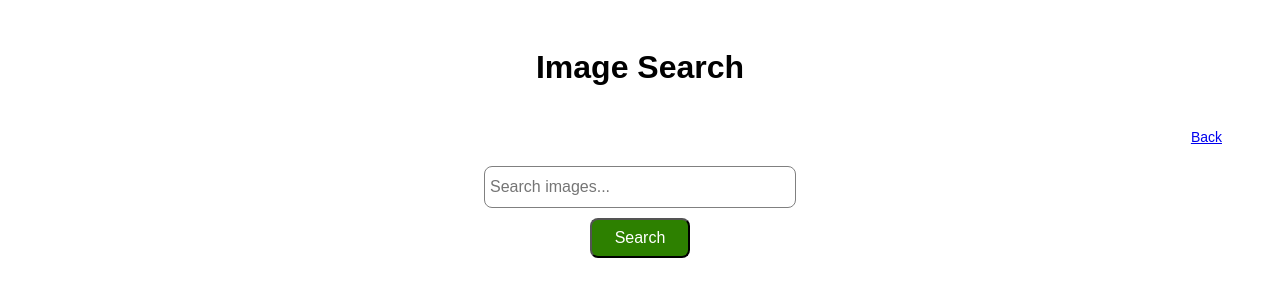
Repository: lyutok/cs50-search-project
Page: image.html
An editor plug-in stored every save of this project. The page is shown before and after the next save, followed by the edit.
The browser window is 1280 px wide. The pictures show the whole page.
The style sheet was rebuilt from its Sass, Less or Tailwind sources for each picture, by a compiler version that may differ from the author's.

Above is the page before, as saved 2025-07-07 13:46:40.

### image.html
<!DOCTYPE html>
<html lang="en">
<head>
    <meta name="viewport" content="width=device-width, initial-scale=1.0" charset="UTF-8">
    <title>Image Search</title>
    <link rel="stylesheet" href="styles.css">
    </head>
<body>
    <h1>Image Search</h1>
    <div>
        <a href="google.html">Back</a>
    </div>
    <form action="https://www.google.com/search" method="get">
        <input type="hidden" name="tbm" value="isch">
        <input type="text" name="q" placeholder="Search images..." required>
        <br>
        <button type="submit">Search</button>
    </form>
</body>
</html>

### styles.scss
$color: rgb(48, 177, 106);

a {
    font-size: 14px;
    padding: 10px;
}

body {
    font-family: Arial, sans-serif;
    padding: 20px;
    text-align: center;

    div {
        text-align: right;
        padding: 20px;
    }
}

input {
    width: 300px;
    height: 30px;
    border-radius: 8px;
    border: 1px solid grey;
    padding: 5px;
    font-size: 16px;
}

button {
    margin: 10px;
    border-radius: 8px;
    background-color: rgb(45, 128, 0);
    font-size: 16px;
    color: white;
    height: 40px;
    width: 100px;
}

#advanced {
  background-color: rgb(0, 85, 170);
  width: 200px;
}

button:hover {
                background-color: rgb(192, 196, 186);
            }

#advanced_page {
    text-align: left;
}

After the next save:
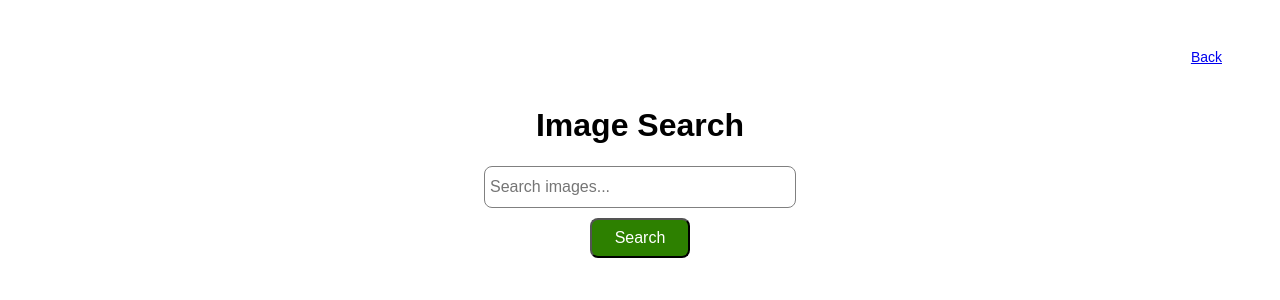
Saved 42 s later.
--- a/image.html
+++ b/image.html
@@ -6,10 +6,10 @@
     <link rel="stylesheet" href="styles.css">
     </head>
 <body>
-    <h1>Image Search</h1>
     <div>
         <a href="google.html">Back</a>
     </div>
+    <h1>Image Search</h1>
     <form action="https://www.google.com/search" method="get">
         <input type="hidden" name="tbm" value="isch">
         <input type="text" name="q" placeholder="Search images..." required>
